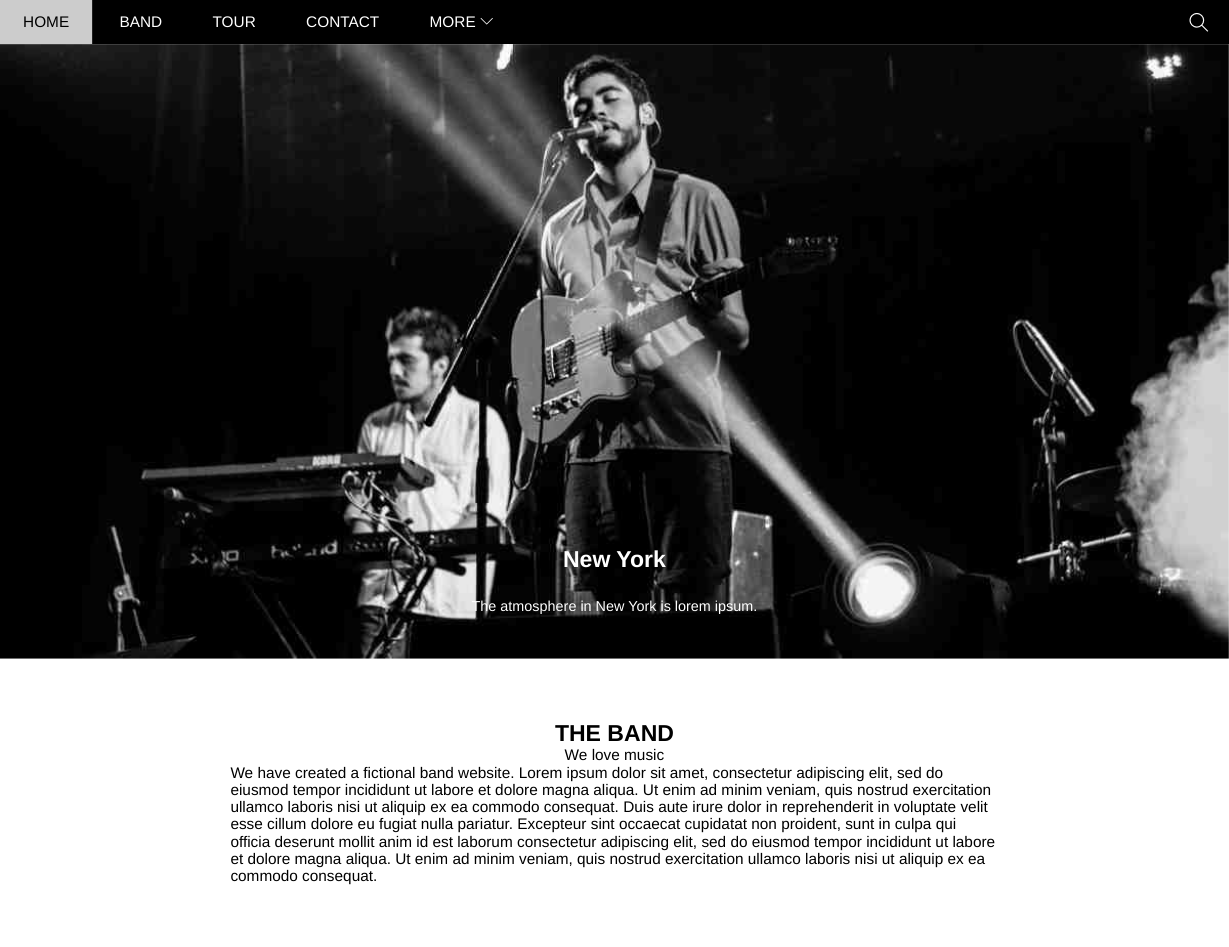
Repository: vophuocthanh/phuocthanhk03
Page: index.html
An editor plug-in stored every save of this project. The page is shown before and after the next save, followed by the edit.
The browser window is 1280 px wide. The pictures show the whole page, at 96% of full size.

Above is the page before, as saved 2022-03-03 23:09:08.

After the next save:
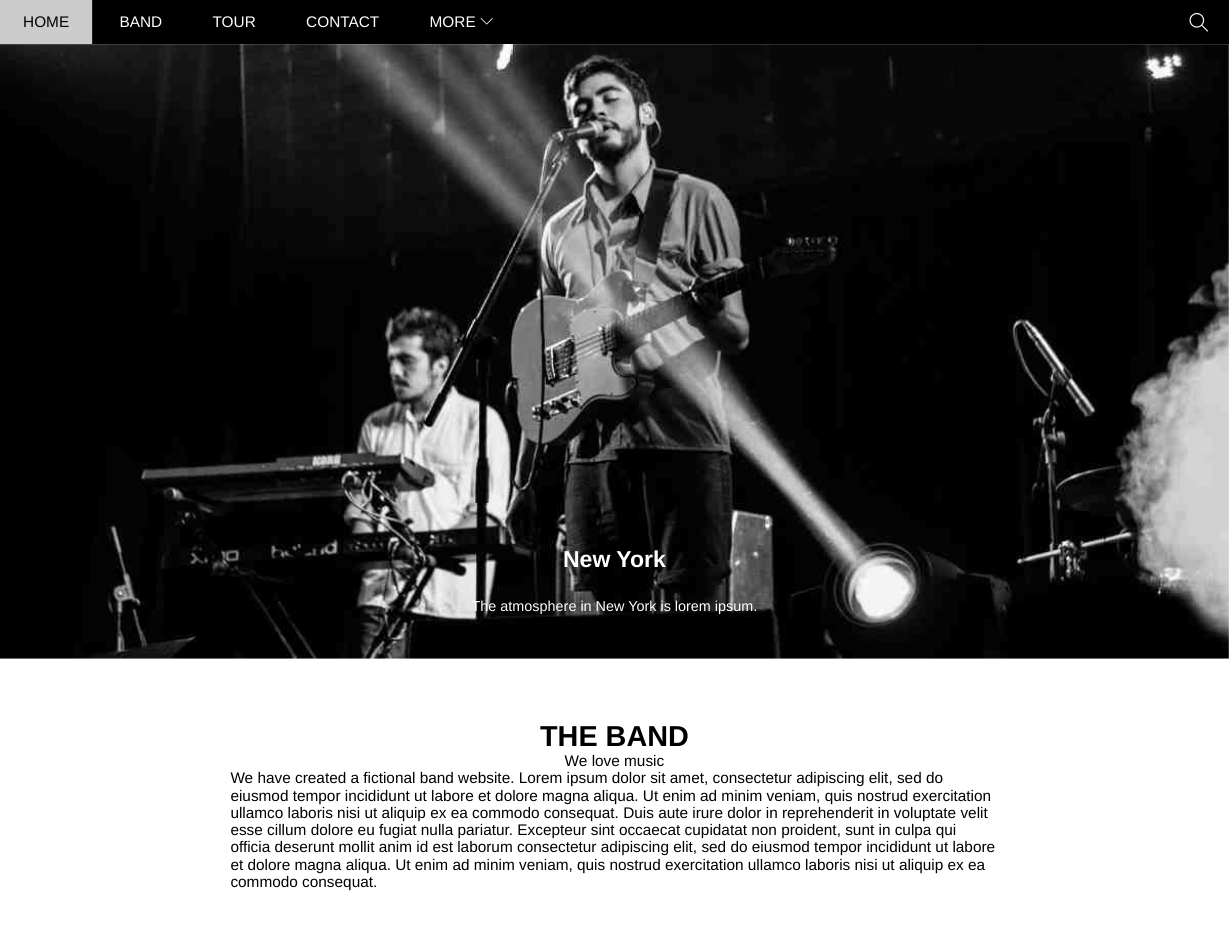
Saved 62 s later.
--- a/asset/css/style.css
+++ b/asset/css/style.css
@@ -146,6 +146,10 @@ html {
     margin-right: auto;
 }
 
+#content .section-heading {
+    font-size: 30px;
+}
+
 #content .section-heading,
 #content .section-sub-heading {
     text-align: center;
